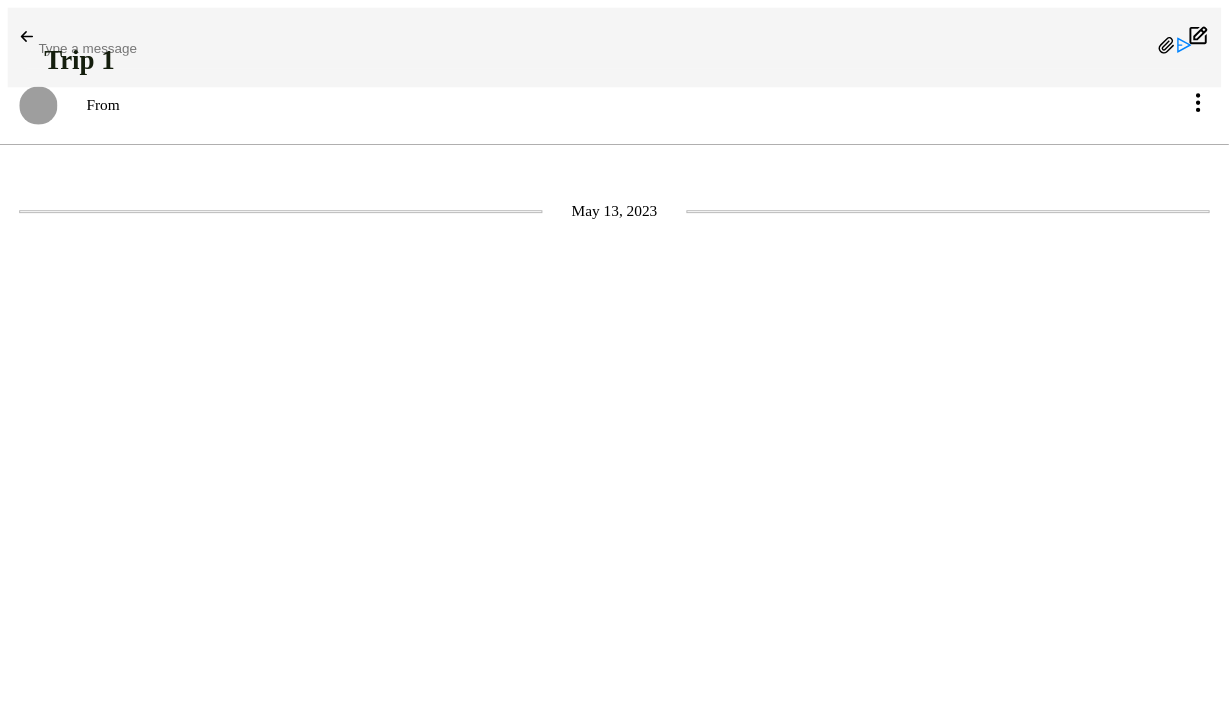
Repository: Abhi2359/PWA_Corider
Page: /
The author's editor kept a copy of each file at every save. The page is drawn from the files as they stood at one save, then again after the next save.
The browser window is 1280 px wide. The pictures show the whole page, at 96% of full size.
Pictures or frames that could not be fetched are drawn as grey boxes. The page's requests for data from a server got no answer. The project was rebuilt for these pictures with package versions that can differ from the ones it lists, and the page was loaded fresh each time. No one was signed in, and anything a server would have sent is missing. Also part of the build but not shown: vite.config.js, src/Chat.css, src/Chat.jsx.

Above is the page before, as saved 2023-05-13 14:32:39.

After the next save:
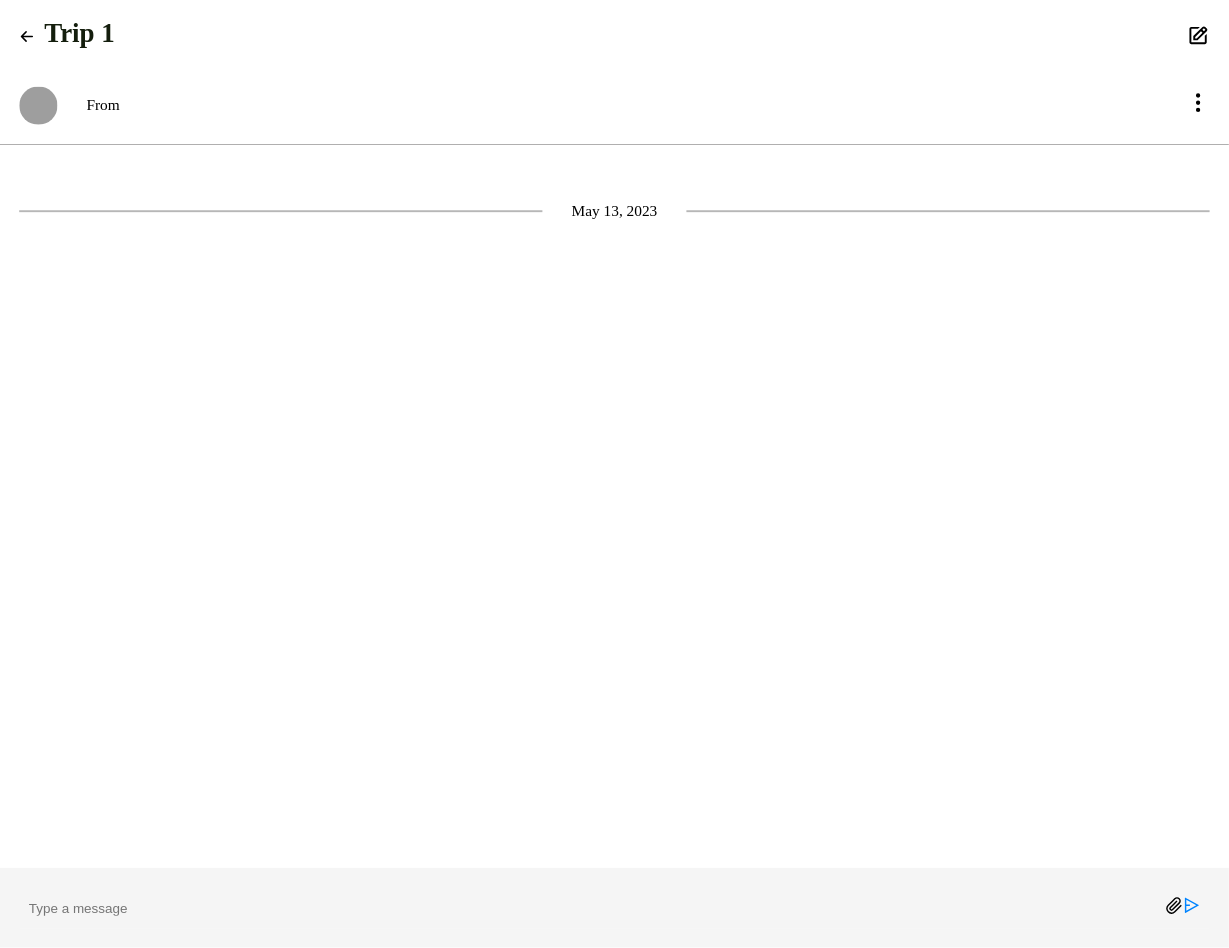
Saved 5 s later.
--- a/src/App.css
+++ b/src/App.css
@@ -1,20 +1,23 @@
-
+*{
+    margin: 0;
+    padding: 0;
+    box-sizing: border-box;
+}
 
 .layout{
-  height: 100vh;
+  min-height: 100vh;
   display: flex;
   flex-direction: column;
 }
 
 /* Header css */
 .header_section {
-   position: fixed;
+  /* position: fixed; */
   top: 0;
   left: 0;
   right: 0;
   z-index: 999;
   flex-grow: 1;
-  width: 100;
 
 }
 
